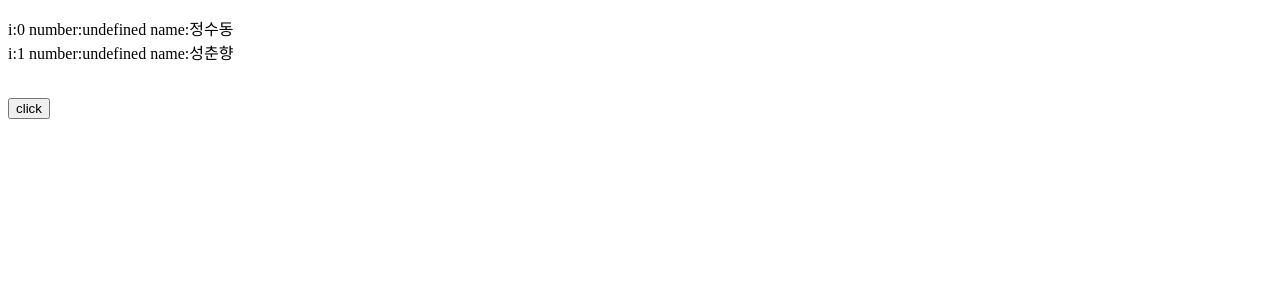
Repository: Choi-yongho72/bitcamp_jsp
Page: http://localhost/Ajax04/
These files come from the project's save history. The page is drawn as it stood at one moment and after the next save; the edit follows.
The browser window is 1280 px wide. The pictures show the whole page.
After loading, the first visible `button` was clicked once.
The page is served by Tomcat 9.

Above is the page before, as saved 2020-01-23 01:05:17.

After the next save:
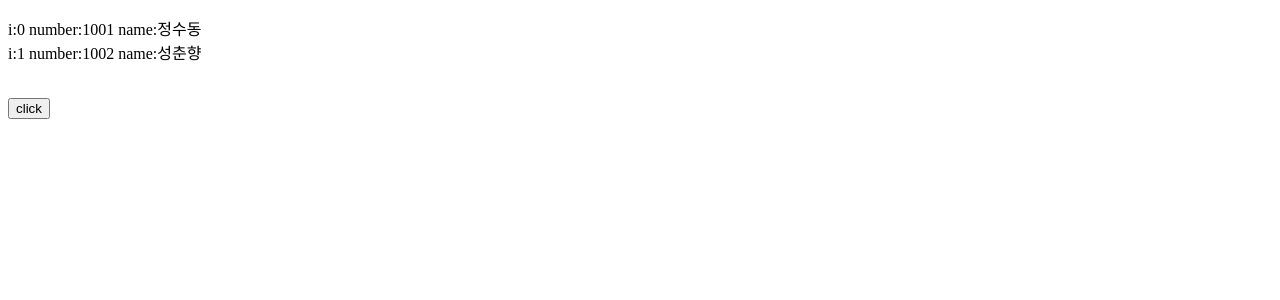
Saved 56 s later.
--- a/Ajax04/WebContent/index.jsp
+++ b/Ajax04/WebContent/index.jsp
@@ -28,7 +28,7 @@
 	//			alert(data[0].name);
 
 				$.each(data, function (i, val) {
-					$("#demo").append("i:" + i + " number:" + val.number + " name:" + val.name + "<br>");
+					$("#demo").append("i:" + i + " number:" + val.id + " name:" + val.name + "<br>");
 				});
 			},
 			error:function() {
